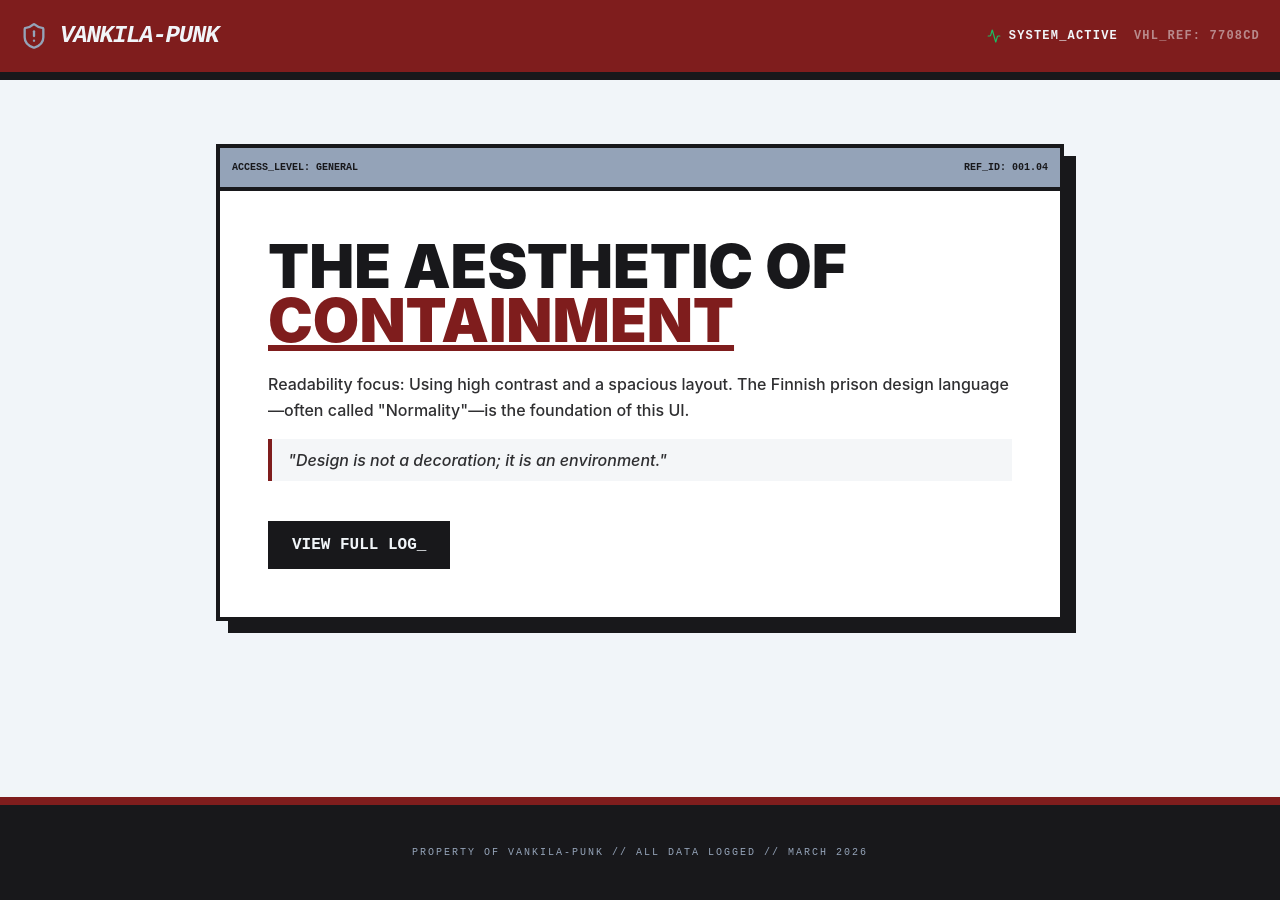
Repository: yoshimario/vankila-punk
Page: /
An editor plug-in stored every save of this project. The page is shown before and after the next save, followed by the edit.
The browser window is 1280 px wide. The pictures show the whole page.
The project was rebuilt for these pictures with package versions that can differ from the ones it lists, and the page was loaded fresh each time. Also part of the build but not shown: vite.config.ts.

Above is the page before, as saved 2026-03-23 23:59:22.

### index.html
<!doctype html>
<html lang="en">
  <head>
    <meta charset="UTF-8" />
    <link rel="icon" type="image/svg+xml" href="/favicon.svg" />
    <meta name="viewport" content="width=device-width, initial-scale=1.0" />
    <title>vankila-punk</title>
  </head>
  <body>
    <div id="root"></div>
    <script type="module" src="/src/main.tsx"></script>
  </body>
</html>

### src/index.css
@import "tailwindcss";

@theme {
  /* Samples from your VHL clothing photo */
  --color-vhl-grey: #94a3b8;
  /* The grey sweatshirt sleeves */
  --color-vhl-maroon: #7f1d1d;
  /* The oxblood/red yoke */
  --color-vhl-lead: #18181b;
  /* The high-contrast ink black */
  --color-vhl-linen: #f1f5f9;
  /* The soft institutional white */

  --font-mono: "JetBrains Mono", monospace;
  --font-sans: "Inter", sans-serif;
}

body {
  @apply bg-vhl-linen text-vhl-lead font-sans antialiased overflow-x-hidden;
}

/* Custom shadow for that 'Punk' look */
.punk-shadow {
  box-shadow: 8px 8px 0px 0px #18181b;
}

### src/App.tsx
import { useState } from "react";
import { SolitaryDoor } from "./components/Intro/SolitaryDoor";
import { Activity, ShieldAlert, BookOpen } from "lucide-react";

export default function App() {
  const [isEntryComplete, setEntryComplete] = useState(false);

  return (
    <div className="min-h-screen bg-vhl-linen font-sans">
      {!isEntryComplete && (
        <SolitaryDoor onComplete={() => setEntryComplete(true)} />
      )}

      {/* The "Maroon Yoke" Header */}
      <header className="bg-vhl-maroon text-vhl-linen p-5 border-b-8 border-vhl-lead flex justify-between items-center sticky top-0 z-40">
        <div className="flex items-center gap-3">
          <ShieldAlert size={28} className="text-vhl-grey" />
          <h1 className="font-mono font-black text-2xl tracking-tighter uppercase italic">
            Vankila-Punk
          </h1>
        </div>
        <div className="flex items-center gap-4 font-mono text-xs font-bold uppercase tracking-widest">
          <span className="flex items-center gap-2">
            <Activity size={14} className="animate-pulse text-green-400" />{" "}
            SYSTEM_ACTIVE
          </span>
          <span className="opacity-50 hidden md:inline">VHL_REF: 7708CD</span>
        </div>
      </header>

      <main className="max-w-4xl mx-auto p-6 md:pt-16 md:pb-32">
        {/* Dynamic Post Card */}
        <section className="bg-white border-4 border-vhl-lead shadow-[12px_12px_0px_0px_rgba(24,24,27,1)] mb-12">
          <div className="bg-vhl-grey p-3 border-b-4 border-vhl-lead flex justify-between font-mono text-[10px] font-black uppercase">
            <span>Access_Level: General</span>
            <span>Ref_ID: 001.04</span>
          </div>

          <article className="p-8 md:p-12">
            <h2 className="text-4xl md:text-6xl font-black text-vhl-lead uppercase mb-6 leading-[0.9]">
              The Aesthetic of <br />
              <span className="text-vhl-maroon underline">Containment</span>
            </h2>

            <div className="prose prose-lg max-w-none text-vhl-lead/90 leading-relaxed font-medium">
              <p>
                Readability focus: Using high contrast and a spacious layout.
                The Finnish prison design language—often called "Normality"—is
                the foundation of this UI.
              </p>
              <p className="mt-4 border-l-4 border-vhl-maroon pl-4 italic bg-vhl-grey/10 py-2">
                "Design is not a decoration; it is an environment."
              </p>
            </div>

            <div className="mt-10 flex gap-4">
              <button className="bg-vhl-lead text-vhl-linen px-6 py-3 font-mono font-bold uppercase hover:bg-vhl-maroon transition-colors">
                View Full Log_
              </button>
            </div>
          </article>
        </section>
      </main>

      {/* Institutional Footer */}
      <footer className="bg-vhl-lead text-vhl-grey p-10 font-mono text-[10px] uppercase tracking-[0.2em] text-center border-t-8 border-vhl-maroon">
        Property of Vankila-Punk // All Data Logged // March 2026
      </footer>
    </div>
  );
}

### src/components/Intro/SolitaryDoor.tsx
// src/components/Intro/SolitaryDoor.tsx
import { motion } from "framer-motion";
import { useEffect, useRef } from "react";

interface SolitaryDoorProps {
  onComplete: () => void;
}

// Small detail component for industrial rivets
const Rivet = () => (
  <div className="w-3 h-3 rounded-full bg-black/40 shadow-inner" />
);

export const SolitaryDoor = ({ onComplete }: SolitaryDoorProps) => {
  const audioRef = useRef<HTMLAudioElement | null>(null);

  useEffect(() => {
    // 1. Initialize the sound on mount
    audioRef.current = new Audio("/gate-clank.mp3");
    audioRef.current.volume = 0.5;

    // 2. Play immediately. If the browser blocks it, it's okay.
    // The attempt registers it so it can play during the animation.
    audioRef.current.play().catch(() => {
      console.log("Audio awaiting user interaction.");
    });
  }, []);

  const handleAnimationStart = () => {
    // 3. Try playing again on animation start as a fallback
    audioRef.current?.play().catch(() => {});
  };

  return (
    // THE FRAME: Essential for 3D depth. Uses [perspective:1800px]
    <div className="fixed inset-0 z-50 flex overflow-hidden [perspective:1800px] bg-transparent pointer-events-none">
      {/* THE DOOR: A heavy steel plate using VHL-Grey */}
      <motion.div
        initial={{ rotateY: 0 }}
        animate={{ rotateY: -110 }} // Swing wide-open 110 degrees
        onAnimationStart={handleAnimationStart} // Try sound play
        onAnimationComplete={onComplete}
        transition={{
          duration: 3.5, // Slow, heavy move
          delay: 0.5, // A pause for suspense
          // Custom Bezier for overcoming inertia: slow start, deliberate swing, heavy slow down
          ease: [0.65, 0, 0.35, 1],
        }}
        // origin-left creates the hinge on the left side
        className="absolute inset-0 bg-vhl-grey border-l-[40px] border-y-[1px] border-vhl-lead origin-left relative shadow-2xl"
      >
        {/* Judas Eye (Spyhole) Detail */}
        <div className="absolute top-1/3 left-1/2 -translate-x-1/2 -translate-y-1/2 w-28 h-28 border-[12px] border-vhl-lead bg-vhl-lead shadow-[8px_8px_16px_0px_rgba(0,0,0,0.5)]">
          <div className="w-full h-full rounded-full border-4 border-vhl-lead shadow-inner flex items-center justify-center">
            {/* The actual view (revealing content inside the circle) */}
            <div className="w-12 h-12 bg-transparent rounded-full border-2 border-vhl-lead" />
          </div>
        </div>

        {/* Industrial Detailing: Rivets and Plate Seams */}
        <div className="absolute inset-10 flex flex-col justify-between items-end border-r-2 border-vhl-lead/30 py-20 pr-10">
          <Rivet />
          <Rivet />
          <div className="h-0.5 w-60 bg-vhl-lead/40" />
          <Rivet />
          <Rivet />
        </div>

        {/* Thick Door Edge Highlight (to make it look thick when rotating) */}
        <div className="absolute top-0 right-0 h-full w-[2px] bg-white/10" />
      </motion.div>
    </div>
  );
};

Loaded but not shown: src/main.tsx (common file)

After the next save:
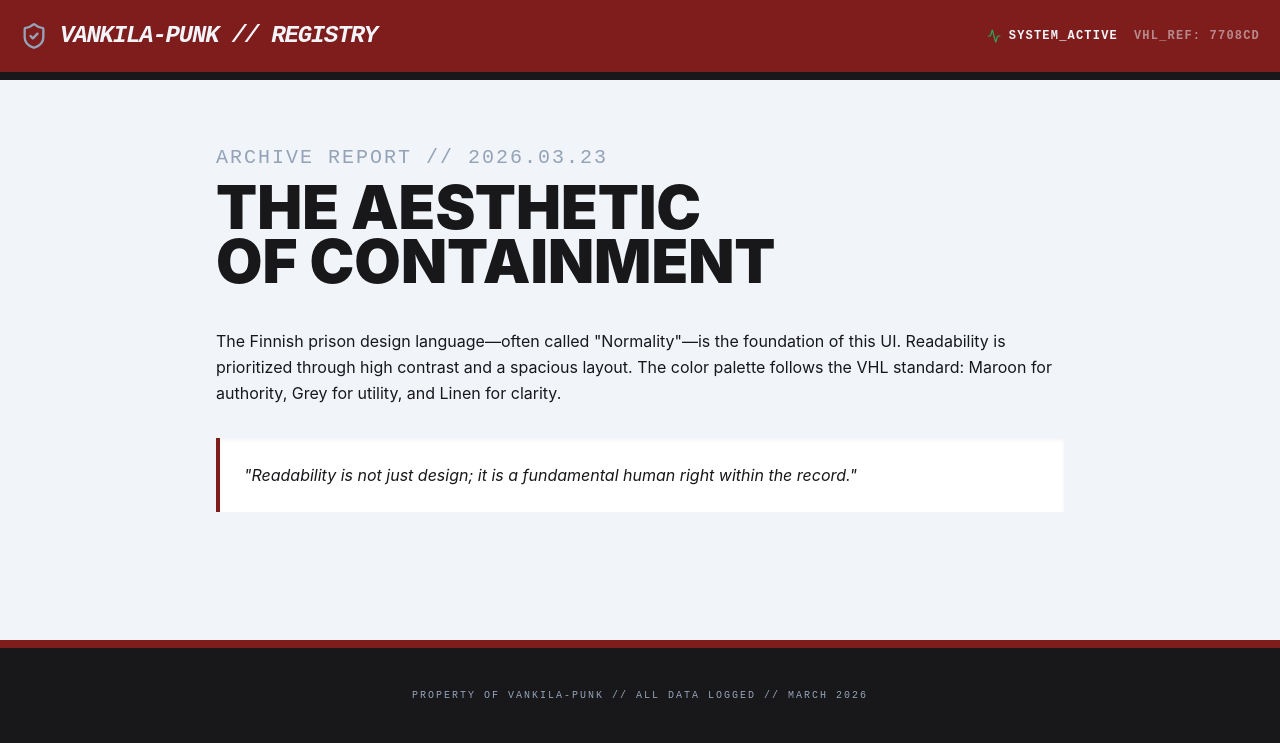
Saved 7 s later.
--- a/src/App.tsx
+++ b/src/App.tsx
@@ -1,22 +1,24 @@
+// src/App.tsx
 import { useState } from "react";
-import { SolitaryDoor } from "./components/Intro/SolitaryDoor";
-import { Activity, ShieldAlert, BookOpen } from "lucide-react";
+import { SolitaryDoor } from "./components/Intro/SolitaryDoor"; // <-- Updated import
+import { ShieldCheck, Activity } from "lucide-react";
 
 export default function App() {
   const [isEntryComplete, setEntryComplete] = useState(false);
 
   return (
-    <div className="min-h-screen bg-vhl-linen font-sans">
+    <div className="min-h-screen flex flex-col bg-vhl-linen font-sans selection:bg-vhl-maroon selection:text-white">
+      {/* Solitary Door Intro (with sound check) */}
       {!isEntryComplete && (
         <SolitaryDoor onComplete={() => setEntryComplete(true)} />
       )}
 
-      {/* The "Maroon Yoke" Header */}
+      {/* Modern Institutional Layout */}
       <header className="bg-vhl-maroon text-vhl-linen p-5 border-b-8 border-vhl-lead flex justify-between items-center sticky top-0 z-40">
         <div className="flex items-center gap-3">
-          <ShieldAlert size={28} className="text-vhl-grey" />
+          <ShieldCheck size={28} className="text-vhl-grey" />
           <h1 className="font-mono font-black text-2xl tracking-tighter uppercase italic">
-            Vankila-Punk
+            Vankila-Punk // REGISTRY
           </h1>
         </div>
         <div className="flex items-center gap-4 font-mono text-xs font-bold uppercase tracking-widest">
@@ -24,46 +26,36 @@ export default function App() {
             <Activity size={14} className="animate-pulse text-green-400" />{" "}
             SYSTEM_ACTIVE
           </span>
-          <span className="opacity-50 hidden md:inline">VHL_REF: 7708CD</span>
+          <span className="opacity-50">VHL_REF: 7708CD</span>
         </div>
       </header>
 
-      <main className="max-w-4xl mx-auto p-6 md:pt-16 md:pb-32">
-        {/* Dynamic Post Card */}
-        <section className="bg-white border-4 border-vhl-lead shadow-[12px_12px_0px_0px_rgba(24,24,27,1)] mb-12">
-          <div className="bg-vhl-grey p-3 border-b-4 border-vhl-lead flex justify-between font-mono text-[10px] font-black uppercase">
-            <span>Access_Level: General</span>
-            <span>Ref_ID: 001.04</span>
-          </div>
-
-          <article className="p-8 md:p-12">
-            <h2 className="text-4xl md:text-6xl font-black text-vhl-lead uppercase mb-6 leading-[0.9]">
-              The Aesthetic of <br />
-              <span className="text-vhl-maroon underline">Containment</span>
-            </h2>
-
-            <div className="prose prose-lg max-w-none text-vhl-lead/90 leading-relaxed font-medium">
-              <p>
-                Readability focus: Using high contrast and a spacious layout.
-                The Finnish prison design language—often called "Normality"—is
-                the foundation of this UI.
-              </p>
-              <p className="mt-4 border-l-4 border-vhl-maroon pl-4 italic bg-vhl-grey/10 py-2">
-                "Design is not a decoration; it is an environment."
-              </p>
-            </div>
-
-            <div className="mt-10 flex gap-4">
-              <button className="bg-vhl-lead text-vhl-linen px-6 py-3 font-mono font-bold uppercase hover:bg-vhl-maroon transition-colors">
-                View Full Log_
-              </button>
-            </div>
-          </article>
-        </section>
+      {/* Main Content (High Readability) */}
+      <main className="flex-grow max-w-4xl mx-auto p-6 md:pt-16 md:pb-32 space-y-16">
+        <article className="prose prose-slate prose-lg max-w-none text-vhl-lead leading-relaxed">
+          <h2 className="font-mono text-xl uppercase tracking-widest text-vhl-grey">
+            Archive Report // 2026.03.23
+          </h2>
+          <h3 className="text-5xl md:text-6xl font-black text-vhl-lead uppercase leading-[0.9] mt-2 mb-10">
+            The Aesthetic <br />
+            of Containment
+          </h3>
+          <p>
+            The Finnish prison design language—often called "Normality"—is the
+            foundation of this UI. Readability is prioritized through high
+            contrast and a spacious layout. The color palette follows the VHL
+            standard: Maroon for authority, Grey for utility, and Linen for
+            clarity.
+          </p>
+          <p className="mt-8 border-l-4 border-vhl-maroon pl-6 italic bg-white p-6 shadow-inner">
+            "Readability is not just design; it is a fundamental human right
+            within the record."
+          </p>
+        </article>
       </main>
 
-      {/* Institutional Footer */}
-      <footer className="bg-vhl-lead text-vhl-grey p-10 font-mono text-[10px] uppercase tracking-[0.2em] text-center border-t-8 border-vhl-maroon">
+      {/* Industrial Footer */}
+      <footer className="bg-vhl-lead text-vhl-grey p-10 font-mono text-[10px] uppercase tracking-[0.2em] text-center border-t-8 border-vhl-maroon mt-auto">
         Property of Vankila-Punk // All Data Logged // March 2026
       </footer>
     </div>
